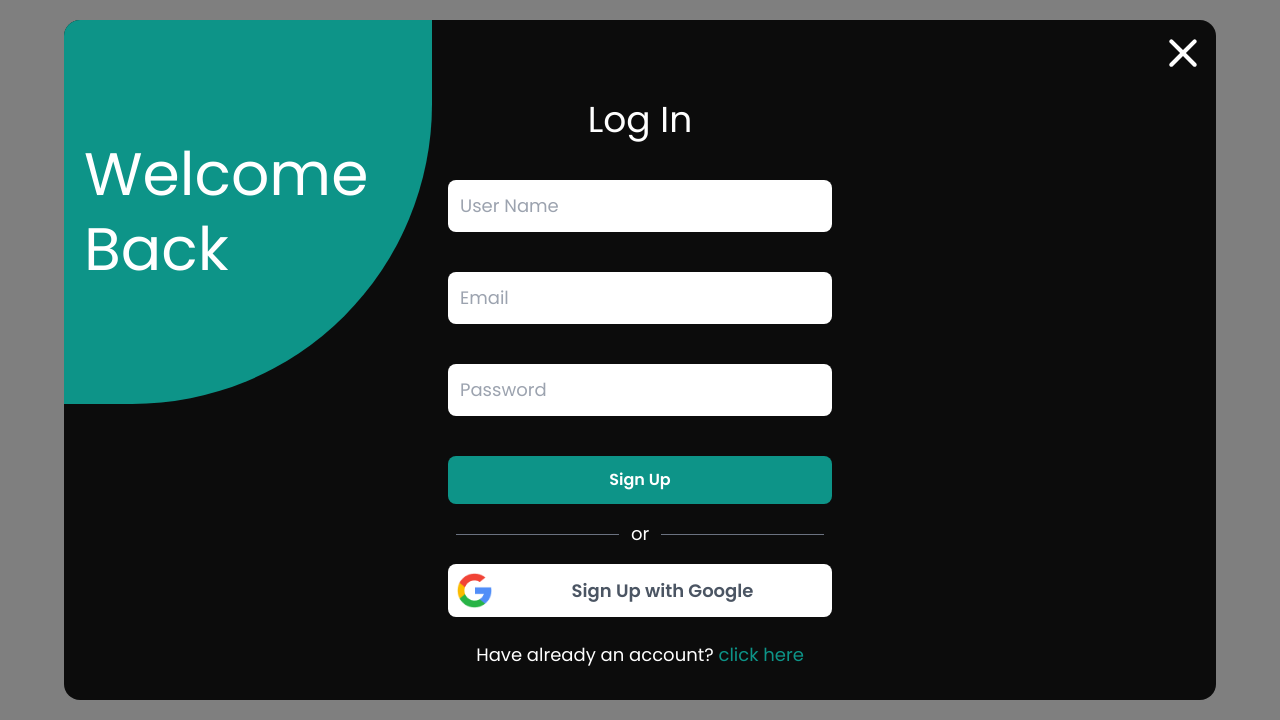
Repository: Ahmed77669/GT-Exams
Page: /
An editor plug-in stored every save of this project. The page is shown before and after the next save, followed by the edit.
The browser window is 1280 px wide. The pictures show the whole page.
The project was rebuilt for these pictures with package versions that can differ from the ones it lists, and the page was loaded fresh each time. The framework's server and built-in components were replaced by stand-ins that run in the browser. Also part of the build but not shown: next.config.mjs.

Above is the page before, as saved 2024-10-04 21:04:50.

After the next save:
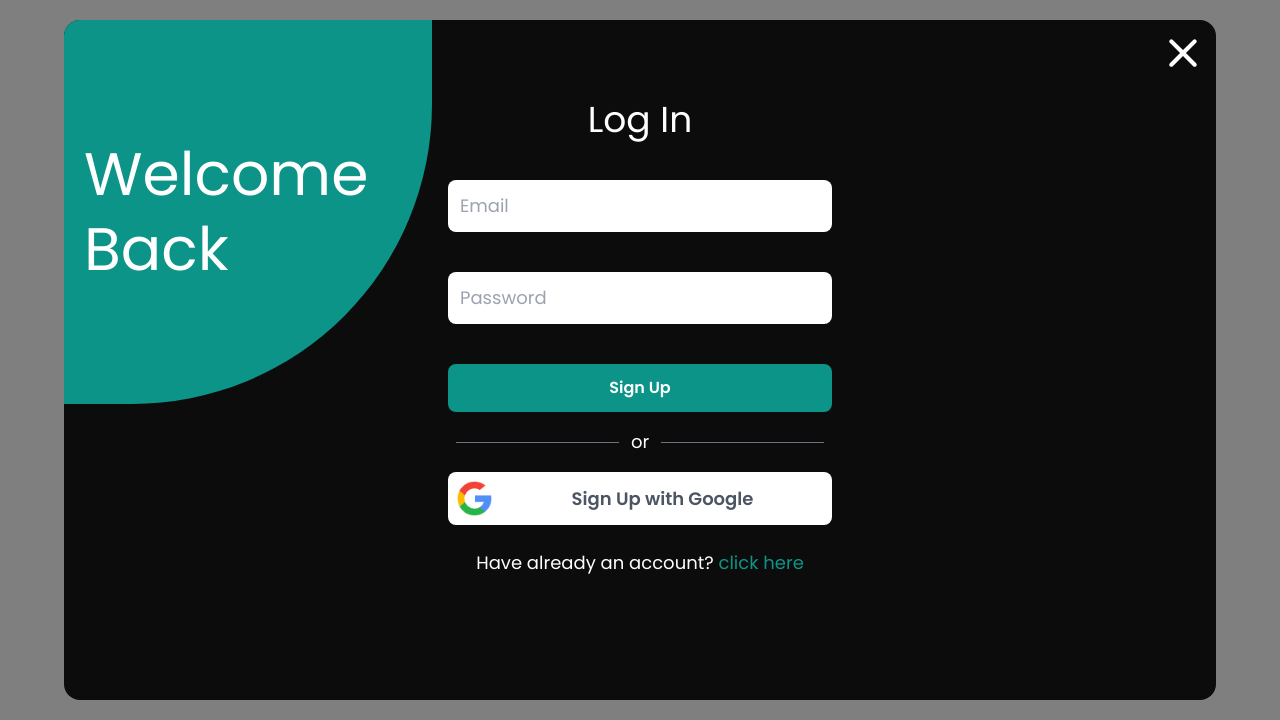
Saved 15 s later.
--- a/components/login.tsx
+++ b/components/login.tsx
@@ -46,13 +46,6 @@ const Signup: React.FC<SignupProps> = ({ closeSignup, toggleForm }) => {
               <div className="flex flex-col items-center justify-center mt-20">
                 <p className="text-center mb-10 text-4xl">Log In</p>
                 <form className="flex flex-col items-center" onSubmit={handleSubmit}>
-                  <input
-                    type="text"
-                    name="name"
-                    className="text-field w-96 text-lg p-3 mb-10 rounded-lg text-black"
-                    placeholder="User Name"
-                    required
-                  />
                   <input
                     type="email"
                     name="email"
